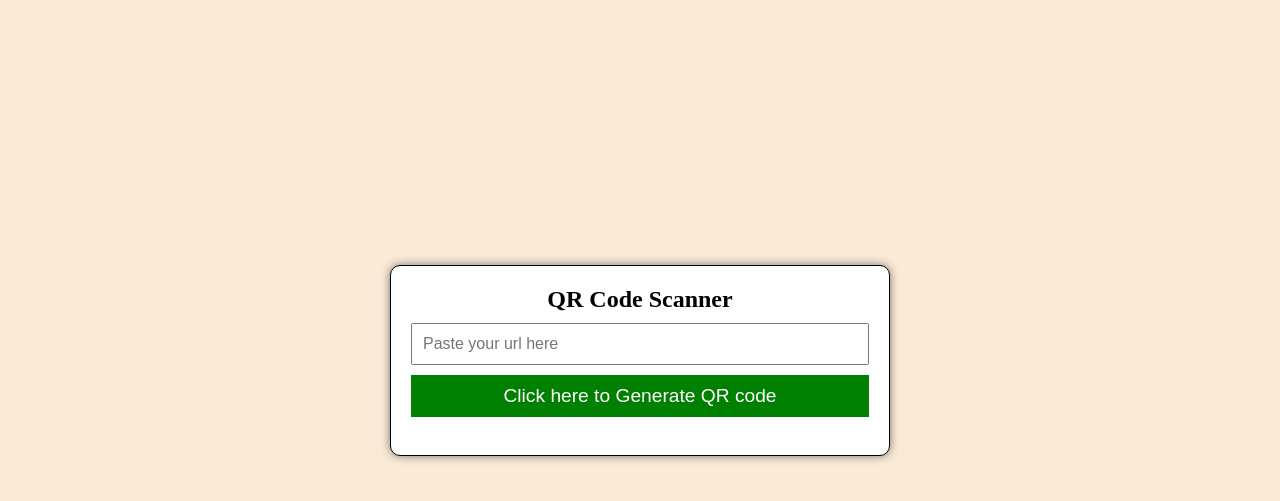
Repository: JunaidAnsari202/QR-Scanner
Page: index.html
These files come from the project's save history. The page is drawn as it stood at one moment and after a run of saves; the edit follows.
The browser window is 1280 px wide. The pictures show the whole page.

Above is the page before, as saved 2024-10-12 20:37:51.

### index.html
<!DOCTYPE html>
<html lang="en">
<head>
    <meta charset="UTF-8">
    <meta name="viewport" content="width=device-width, initial-scale=1.0">
    <title>Document</title><link rel="stylesheet" href="style.css">
</head>
<body>
    <div class="qr-container">
        <h2>QR Code Scanner</h2>
        <input type="text" id="qr-input" placeholder="Paste your url here">
        <button id="qr-button">Click here to Generate QR code</button>
        <img src="" alt="" download="qr-code.png" id="qr-img">
    </div>
</body>
<script src="script.js"></script>
</html>

### style.css
*{
    padding: 0;
    margin: 0;
    box-sizing: border-box;
}

body{
    background-color: antiquewhite;
    display: flex;
    justify-content: center;
    align-items: center;
    height: 100vh;
}

.qr-container{
    border: 1px solid black;
    border-radius: 10px;
    padding: 20px;
    width: 500px;
    box-shadow: 0 0 10px 0 rgba(0,0,0,0.5 );
    background-color: white;
}

h2{
    text-align: center;
    margin-bottom: 10px;
}

#qr-input{
    display: block;
    margin-bottom: 10px;
    width: 100%;
    font-size: 16px;
    padding: 10px;
}

#qr-button{
    width: 100%;
    padding: 10px;
    font-size: 1.2rem;
    border: none;
    background-color:green;
    color: white;
}

### script.js
let qrInput = document.getElementById('qr-input');
let qrImg = document.getElementById('qr-img');
let qrButton = document.getElementById('qr-button');

console.log(qrInput, qrImg, qrButton);


qrButton.addEventListener('click',()=>{
    let inputValue = qrInput.value;


if(!inputValue){
    alert('Please enter a valid Url');
    return;
}else{
    qrImg.src=`https://api.qrserver.com/v1/create-qr-code/?size=150x150&data=${inputValue}`;
    qrImg.alt = `QR code for ${inputValue}`;
}

});

After the next 4 saves:
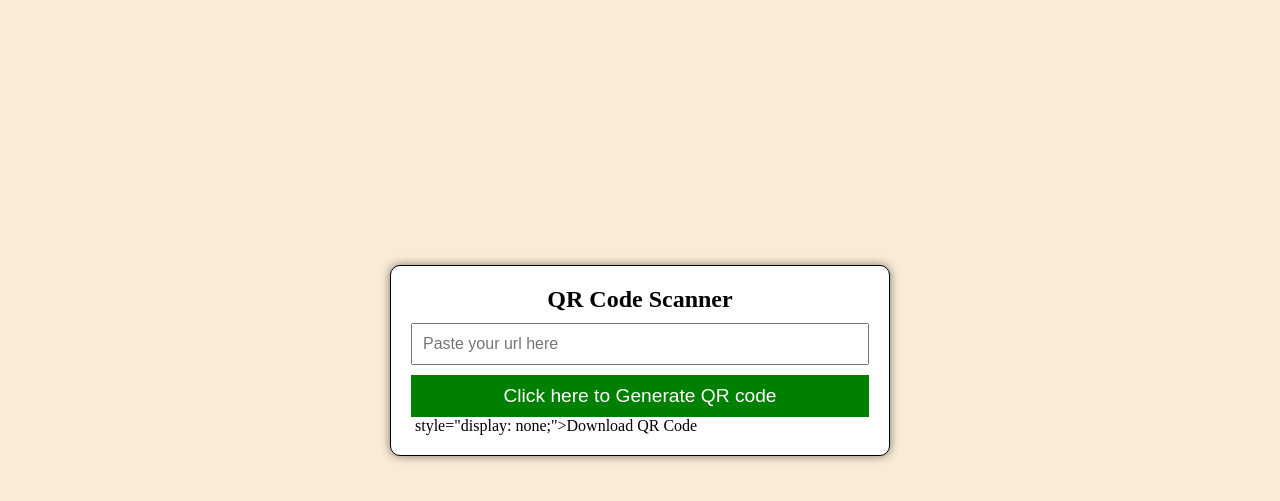
The 4 saves are shown as one change because they came seconds apart.
The last was saved 81 s later.
--- a/index.html
+++ b/index.html
@@ -10,7 +10,8 @@
         <h2>QR Code Scanner</h2>
         <input type="text" id="qr-input" placeholder="Paste your url here">
         <button id="qr-button">Click here to Generate QR code</button>
-        <img src="" alt="" download="qr-code.png" id="qr-img">
+        <img src="" alt="" id="qr-img">
+        style="display: none;">Download QR Code</a>
     </div>
 </body>
 <script src="script.js"></script>

After the 4 saves that followed:
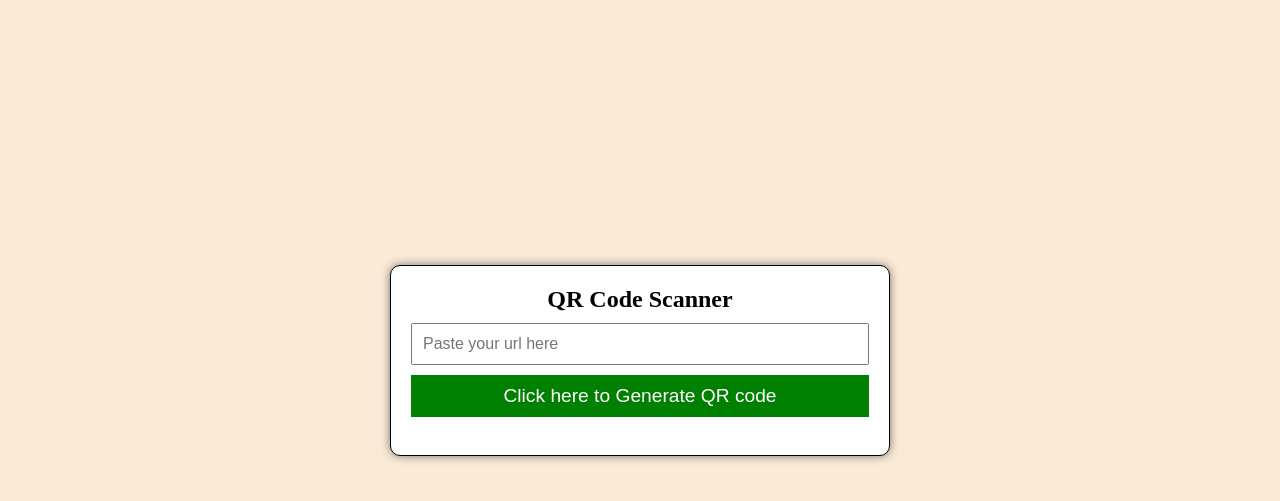
The 4 saves are shown as one change because 1 left the picture as it was and some came seconds apart.
The last was saved 13 s later.
--- a/index.html
+++ b/index.html
@@ -11,7 +11,7 @@
         <input type="text" id="qr-input" placeholder="Paste your url here">
         <button id="qr-button">Click here to Generate QR code</button>
         <img src="" alt="" id="qr-img">
-        style="display: none;">Download QR Code</a>
+
     </div>
 </body>
 <script src="script.js"></script>
